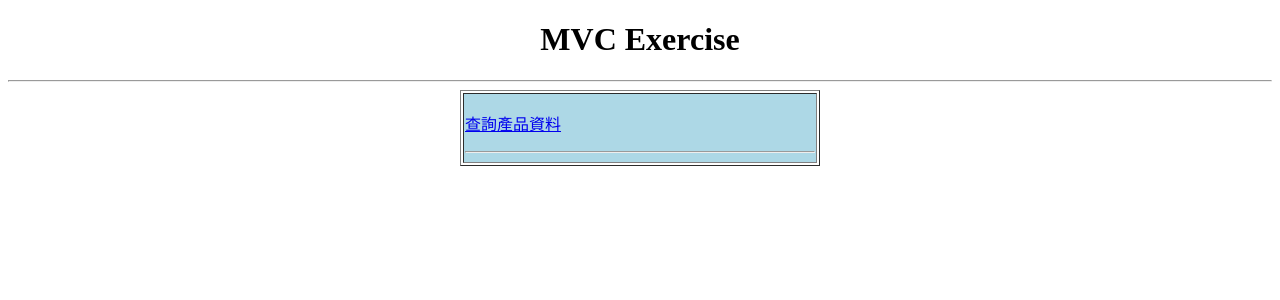
Repository: NathanC90/Review-Spring-MVC
Page: http://localhost/mvcExercise/
The author's editor kept a copy of each file at every save. The page is drawn from the files as they stood at one save, then again after the next save.
The browser window is 1280 px wide. The pictures show the whole page.
The page is served by Tomcat 9.

Above is the page before, as saved 2018-04-16 07:46:05.

After the next save:
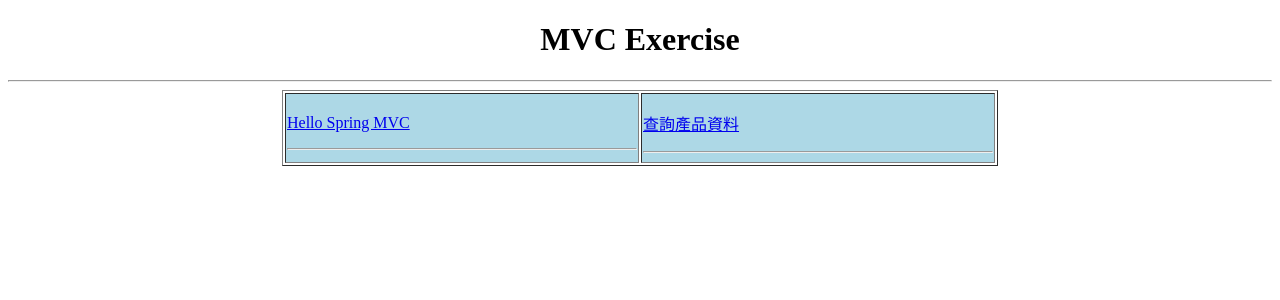
Saved 5 min 33 s later.
--- a/mvcExercise/src/main/webapp/WEB-INF/views/index.jsp
+++ b/mvcExercise/src/main/webapp/WEB-INF/views/index.jsp
@@ -12,6 +12,9 @@
 <table border="1" style="margin:0px auto;">
 <tr height="52" bgcolor="lightblue" align="center">
 <td width="350"><p align="left" />
+<a href="welcome123">Hello Spring MVC</a><hr>
+</td>
+<td width="350"><p align="left" />
 <a href="products">查詢產品資料</a><hr>
 </td>
 </tr>
